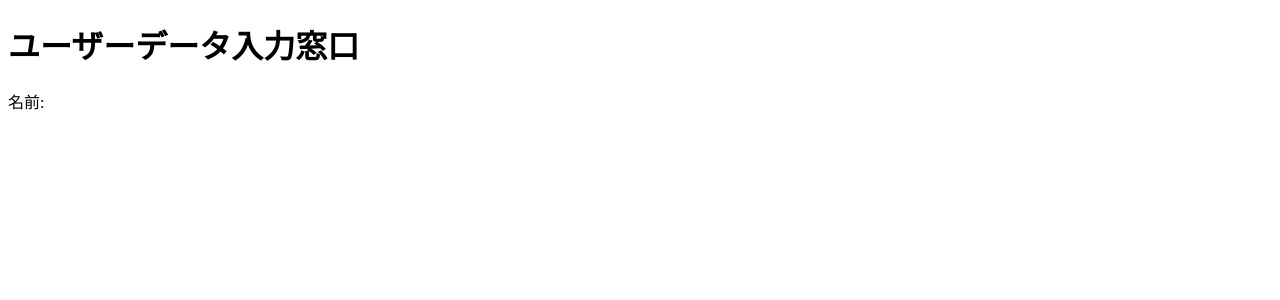
Repository: isopets/next-market
Page: form2.html
The author's editor kept a copy of each file at every save. The page is drawn from the files as they stood at one save, then again after a run of saves.
The browser window is 1280 px wide. The pictures show the whole page.

Above is the page before, as saved 2022-06-08 00:49:49.

### form2.html
<!DOCTYPE html>
<html lang="en">

<head>
    <meta charset="UTF-8">
    <meta http-equiv="X-UA-Compatible" content="IE=edge">
    <meta name="viewport" content="width=device-width, initial-scale=1.0">
    <title>Document</title>
</head>

<body>
    <h1>ユーザーデータ入力窓口</h1>
    <form action="http://localhost:3000/api/user/register" method="POST">
        名前:
    </form>
</body>

</html>

After the next 5 saves:
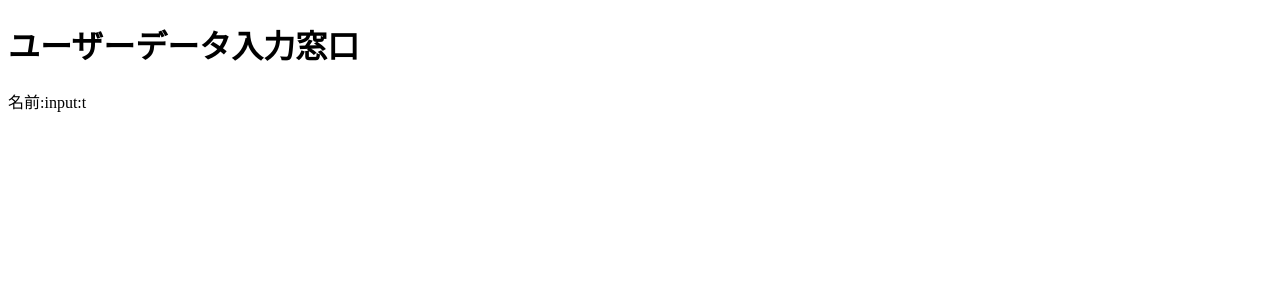
The 5 saves are shown as one change because they came seconds apart.
The last was saved 14 s later.
--- a/form2.html
+++ b/form2.html
@@ -11,7 +11,7 @@
 <body>
     <h1>ユーザーデータ入力窓口</h1>
     <form action="http://localhost:3000/api/user/register" method="POST">
-        名前:
+        名前:input:t
     </form>
 </body>
 
